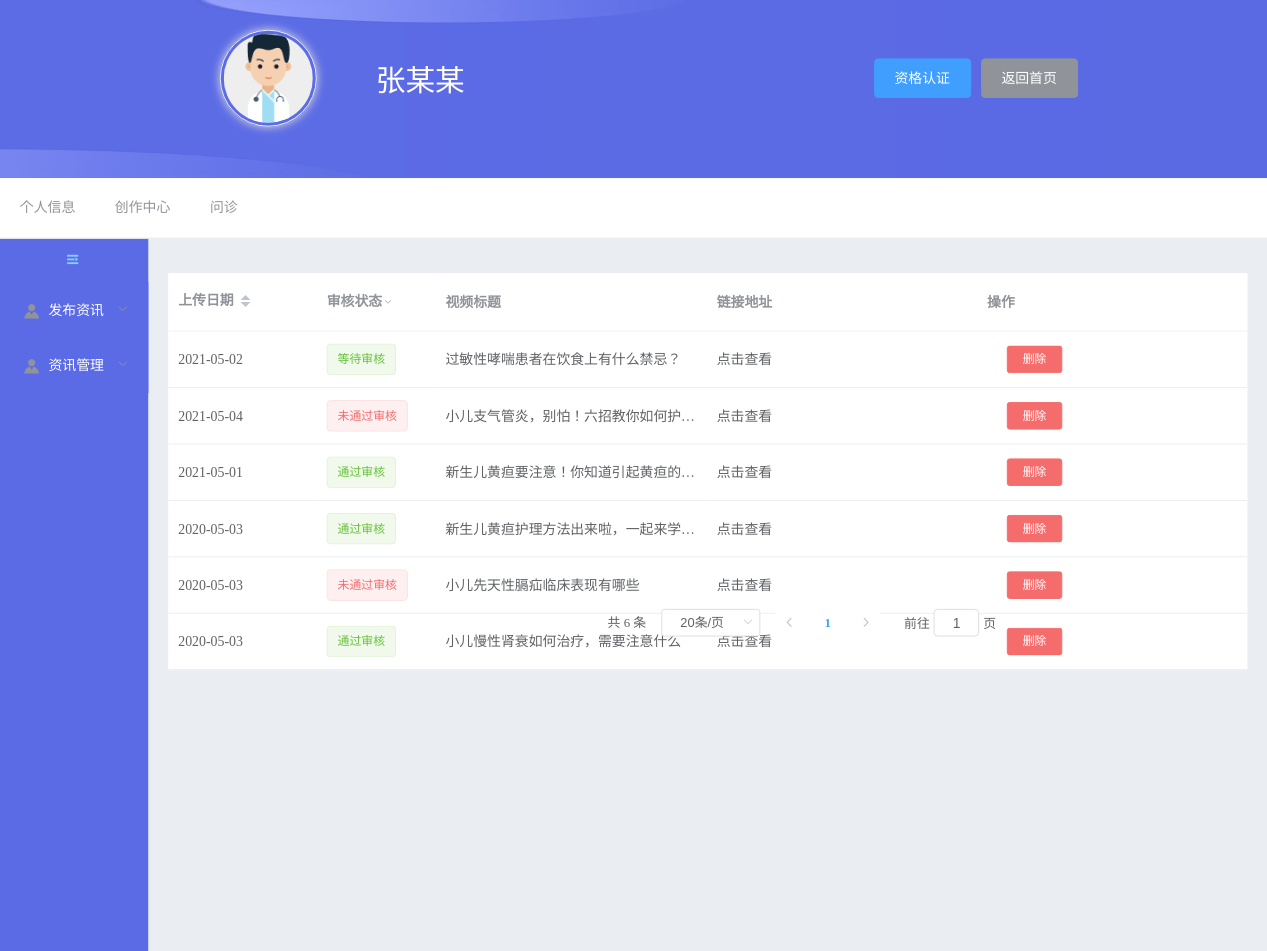
Repository: DiscreteL/SOA_Front
Page: /#/manageVideo
These files come from the project's save history. The page is drawn as it stood at one moment and after the next save; the edit follows.
The browser window is 1280 px wide. The pictures show the whole page, at 99% of full size.
The project was rebuilt for these pictures with package versions that can differ from the ones it lists, and the page was loaded fresh each time. Also part of the build but not shown: vue.config.js, src/components/navigation.vue, src/components/dialog.vue, src/views/news.vue, src/components/announcement.vue, src/components/patientKnow.vue, src/views/Home.vue, src/views/login.vue and 15 more.

Above is the page before, as saved 2021-11-29 16:07:49.

### src/main.js
import Vue from 'vue'
import App from './App.vue'
import router from './router'
import store from './store'
import ElementUI from 'element-ui';
import 'element-ui/lib/theme-chalk/index.css';
import instance_ from "@/utils/api";

Vue.use(ElementUI);

Vue.config.productionTip = false

Vue.prototype.instance = instance_

new Vue({
  router,
  store,
  render: h => h(App)
}).$mount('#app')

router.beforeEach((to, from, next) => {
  /* 路由发生变化修改页面title */
  if (to.meta.title) {
      document.title = to.meta.title
  }
  next()
})

### src/App.vue
<template>
  <div id="app">
    <router-view/>
  </div>
</template>

<style lang="less" scoped>
</style>

<script>
export default {
  name: 'app'
}
</script>

### src/utils/api.js
//输出通用axios实例
import axios from 'axios';
axios.defaults.withCredentials = false

const instance = axios.create({
  timeout: 10000,
   headers: {
    'Content-Type': "multipart/form-data;charset=utf-8",
  }
});

export default {
  //GqvbYer04485869e6b5acbed4ed10dfd79468f6d84577b1

   diseaseList (data) {
     return instance.get("https://api.apishop.net/common/disease/queryDiseaseList?apiKey=GqvbYer04485869e6b5acbed4ed10dfd79468f6d84577b1&page=1&pageSize=50", data);
   },
   diseaseInfo(data){
    return instance.get("https://api.apishop.net/common/disease/queryDiseaseInfo?apiKey=GqvbYer04485869e6b5acbed4ed10dfd79468f6d84577b1&diseaseID="+data);
   }


//   allUser () {
//     return instance.post('/api/user');
//   },
//   allProduct () {
//    return instance.post('/api/product')
//   },
//   upload (data) {
//     return instance.post('/api/upload',data)
//   },
//   regist (data){
//   	return instance.post('/api/createOrUpdateUser',data)
//   }
};

### src/views/doctor/messageCenter.vue
<template>
  <div class="home_container">
    <UserHomeNav2></UserHomeNav2>
    <!--页面主体区-->
    <el-container>
      <!--侧边栏-->
      <el-aside :width="isCollapse ? '64px' : '150px'">
        <div class="toggle-button" @click="toggleCollapse">
          <div v-if="this.isCollapse == true">
            <i class="el-icon-s-fold"></i>
          </div>
          <div v-else>
            <i class="el-icon-s-unfold"></i>
          </div>
        </div>
        <el-menu
          background-color="#5b6be5"
          text-color="#fff"
          active-text-color="#409EFF"
          :collapse="isCollapse"
          :collapse-transition="false"
          :router="true"
          :default-active="activePath"
        >
          <!-- :unique-opened="true"->只允许展开一个菜单 -->
          <!-- :collapse-transition="false" -> 关闭动画 -->
          <!-- router -> 导航开启路由模式 -->
          <el-submenu index="1">
          <!-- 一级菜单模板 -->
          <template slot="title">
            <i class="el-icon-s-custom"></i>
            <span>发布资讯</span>
          </template>
            <el-menu-item index="/uploadArticle" @click="saveNavState('/uploadArticle')">
              <i class="el-icon-date" style="color: #dcdcdc"></i>
              <span slot="title">发布文章</span>
            </el-menu-item>
            <el-menu-item index="/uploadVideo" @click="saveNavState('/uploadVideo')">
              <i class="el-icon-date" style="color: #dcdcdc"></i>
            <span slot="title">上传视频</span>
            </el-menu-item>
          </el-submenu>
          <el-submenu index="2">
          <!-- 一级菜单模板 -->
          <template slot="title">
            <i class="el-icon-s-custom"></i>
            <span>资讯管理</span>
          </template>
            <el-menu-item index="/manageArticle" @click="saveNavState('/manageArticle')">
              <i class="el-icon-date" style="color: #dcdcdc"></i>
              <span slot="title">文章管理</span>
            </el-menu-item>
            <el-menu-item index="/manageVideo" @click="saveNavState('/manageVideo')">
              <i class="el-icon-date" style="color: #dcdcdc"></i>
            <span slot="title">视频管理</span>
            </el-menu-item>
          </el-submenu>
        </el-menu>
      </el-aside>
      <!--右侧主体区-->
      <el-main>
        <router-view></router-view>
      </el-main>
    </el-container>
  </div>
</template>

<script>
import UserHomeNav2 from "@/components/userhomenav2.vue";

export default {
  name: "messageCenter",
  components: {
    UserHomeNav2,
  },
  data() {
    return {
      // 默认不折叠
      isCollapse: false,
      // 被激活导航地址
      activePath: "",
    };
  },
  created() {
    this.activePath = window.sessionStorage.getItem("activePath");
  },
  methods: {
    toggleCollapse() {
      this.isCollapse = !this.isCollapse;
    },
    saveNavState(activePath) {
      window.sessionStorage.setItem("activePath", activePath);
      this.activePath = activePath;
    },
  },
};
</script>

<style lang="less" scoped>
html,
body {
  width: 100%;
  height: 100%;
  margin: 0px;
  padding: 0px;
}
.home_container{
    height: 100vh;
}
.el-container{
    height: 100%;
}
.el-aside {
  background-color: #5b6be5;
  .el-menu {
    border-right: none;
  }
}
.el-main {
  background-color: #eaedf1;
}
.toggle-button {
  background-color: #5b6be5;
  font-size: 15px;
  line-height: 24px;
  color: #87cefa;
  text-align: center;
  letter-spacing: 0.2em;
  cursor: pointer;
  padding: 10px;
}
.logo_box {
  height: 60px;
  width: 60px;
  border: 5px #53868b;
  border-radius: 50%; /* 圆角 */
  position: relative;
  margin: 30px;
}
.port_box img {
  width: 100%;
  height: 100%;
  border-radius: 50%; /* 圆角 */
  background-color: #53868b;
}
</style>

### src/views/doctor/message/manageVideo.vue
<template>
  <div class="videoForm">
    <div class="form" style="margin-top: 15px">
      <el-table
        ref="filterTable"
        :data="
          tableData.slice((currentPage - 1) * pageSize, currentPage * pageSize)
        "
        style="width: 100%"
      >
        <el-table-column
          prop="date"
          label="上传日期"
          sortable
          width="150"
          column-key="date"
        >
        </el-table-column>
        <el-table-column
          prop="status"
          label="审核状态"
          width="120"
          :filters="[
            { text: '等待审核', value: '等待审核' },
            { text: '通过审核', value: '通过审核' },
            { text: '未通过审核', value: '未通过审核' },
          ]"
          :filter-method="filterStatus"
          filter-placement="bottom-end"
        >
          <template slot-scope="scope">
            <el-tag
              :type="scope.row.status === '未通过审核' ? 'danger' : 'success'"
              disable-transitions
            >
              {{ scope.row.status }}
            </el-tag>
          </template>
        </el-table-column>
        <el-table-column
          prop="title"
          label="视频标题"
          :show-overflow-tooltip="true"
        >
        </el-table-column>
        <el-table-column
          label="链接地址"
          :show-overflow-tooltip="true"
        >
        <el-link prop="content">点击查看</el-link>
        </el-table-column>
        <el-table-column label="操作">
          <el-button
            size="mini"
            type="danger"
            style="margin-left: 20px"
            @click="del"
            >删除</el-button
          >
        </el-table-column>
      </el-table>
    </div>
    <div class="block">
      <el-pagination
        align="center"
        @size-change="handleSizeChange"
        @current-change="handleCurrentChange"
        :current-page="currentPage"
        :page-sizes="[1, 5, 10, 20]"
        :page-size="pageSize"
        layout="total, sizes, prev, pager, next, jumper"
        :total="tableData.length"
      >
      </el-pagination>
    </div>
  </div>
</template>

<script>
export default {
  data() {
    return {
      tableData: [
        {
          date: "2021-05-02",
          status: "等待审核",
          title: "过敏性哮喘患者在饮食上有什么禁忌？",
          content: "https://element.eleme.io"
        },
        {
          date: "2021-05-04",
          status: "未通过审核",
          title: "小儿支气管炎，别怕！六招教你如何护理！",
          content:
            "如果家里的宝宝得了小儿支气管炎，牵动着各位爸爸妈心，家长朋友往往比患儿还要着急，看着孩子难受，内心也是备受煎熬，那各位宝爸宝妈们，你们知道如何护理吗？知道如何给宝宝做膳食吗？我们一起来学学吧。",
        },
        {
          date: "2021-05-01",
          status: "通过审核",
          title: "新生儿黄疸要注意！你知道引起黄疸的真正原因吗？",
          content:
            "本病是一种少见的先天性畸形，黄疸乃因胚胎发育异常造成的胆道闭锁或狭窄，胆汁不能排泄或排泄不畅所致。黄疸的特点是出生不久即发生，呈进行性加重，全身皮肤深桔黄色，尿布被尿液染黄后用清水常冲洗不掉。此病预后恶劣，应早期手术",
        },
        {
          date: "2020-05-03",
          status: "通过审核",
          title: "新生儿黄疸护理方法出来啦，一起来学学吧",
          content:
            "本病病源是细胞巨病毒，由无症状的带病毒孕妇通过胎盘感染胎儿。新生儿在出生一个月内出现黄疸、精神不振、咳嗽、肝脾肿大、消化不良和生长停滞等，应考虑是本病。",
        },
        {
          date: "2020-05-03",
          status: "未通过审核",
          title: "小儿先天性膈疝临床表现有哪些",
          content: "小儿先天性膈疝的临床表现主要以呼吸道症状为主，新生儿、婴幼儿和儿童的临床表现各异。",
        },
        {
          date: "2020-05-03",
          status: "通过审核",
          title: "小儿慢性肾衰如何治疗，需要注意什么",
          content:
            "患小儿慢性肾衰的原因与第1次检出肾衰时的患儿年龄密切相关。5岁以下的慢性肾衰常是解剖异常的结果，如肾发育不全、肾发育异常、尿路梗阻以及其他先天畸形；5岁以后的慢性肾衰则以后天性肾小球疾病如小球肾炎、溶血性尿毒综合征或遗传性病变，如Alport综合征、肾囊性病变为主。",
        },
      ],
      dialogTableVisible: false,
      dialogFormVisible: false,
      currentPage: 1, // 当前页码
      total: 20, // 总条数
      pageSize: 20, // 每页的数据条数
      form: {
        reason: "",
        region: 0,
        delivery: false,
      },
      formLabelWidth: "120px",
      formArticle: {
        title: "",
        content: ""
      },
    };
  },
  methods: {
    filterHandler(value, row, column) {
      const property = column["property"];
      return row[property] === value;
    },
    filterStatus(value, row) {
      return row.status === value;
    },
    //每页条数改变时触发 选择一页显示多少行
    handleSizeChange(val) {
      console.log(`每页 ${val} 条`);
      this.currentPage = 1;
      this.pageSize = val;
    },
    //当前页改变时触发 跳转其他页
    handleCurrentChange(val) {
      console.log(`当前页: ${val}`);
      this.currentPage = val;
    },
    del() {
      this.$confirm("此操作将永久删除该文章, 是否继续?", "提示", {
        confirmButtonText: "确定",
        cancelButtonText: "取消",
        type: "warning",
      })
        .then(() => {
          this.$message({
            type: "success",
            message: "删除成功!",
          });
        })
        .catch(() => {
          this.$message({
            type: "info",
            message: "已取消删除",
          });
        });
    },
    onSubmit() {
      console.log("submit!");
    },
    clear() {
      this.$refs.form.resetFields();
    },
  },
};
</script>

<style scoped>
.videoForm {
  width: 100%;
  display: flex;
  flex-direction: column;
}
.form {
  float: left;
  width: 100%;
}
.el-table .warning-row {
  background: oldlace;
}

.el-table .success-row {
  background: #f0f9eb;
}
.block {
  float: left;
  width: 100%;
  position: fixed;
  bottom: 75px;
}
</style>

### src/components/userhomenav2.vue
<template>
  <div class="container">
    <div class="head">
      <div class="background">
        <img src="@/assets/back.jpg" alt="" width="100%" height="100%" />
      </div>
      <div class="headmain">
        <div class="left">
          <!-- 头像部分 -->
          <div class="port_box">
            <img src="../assets/docPort.png" />
          </div>

          <!-- 个人信息部分 -->
          <div
            class="Info"
            style="color: white; font-size: 30px; font-family: 宋体"
          >
            {{ userName }}<br />
          </div>
        </div>
        <div>
            <el-button type="primary" @click="certify">资格认证</el-button>
          <el-button type="info" @click="returnhome">返回首页</el-button>
        </div>
      </div>
    </div>
    <div class="navBar">
      <el-menu
        :default-active="this.$route.path"
        class="el-menu-demo"
        router
        mode="horizontal"
        active-text-color="#409EFF"
      >
        <el-menu-item v-for="(item, i) in navList" :key="i" :index="item.name">
          {{ item.navItem }}
        </el-menu-item>
      </el-menu>
    </div>
    <div></div>
  </div>
</template>

<script>
export default {
  name: "UserHomeNav2",
  data() {
    return {
      //   userID: window.sessionStorage.getItem("id"),
      userName: "张某某",
      navList: [
        { name: "/userHome2", navItem: "个人信息" },
        { name: "/messageCenter", navItem: "创作中心" },
        { name: "/consult", navItem: "问诊" },
        // { name: "/help", navItem: "帮助中心" },
      ],
    };
  },
  methods: {
    returnhome(){
      this.$router.push("/home");
    },
    certify(){

    }
  },
};
</script>

<style scoped>
.head {
  height: 180px;
  width: 100%;
}
.background {
  width: 100%;
  height: 180px;
  z-index: -1;
  position: absolute;
}
.headmain {
  display: flex;
  justify-content: space-around;
  align-items: center;

}
.left {
  display: flex;
  align-items: center;
}
.port_box {
  height: 90px;
  width: 90px;
  border: 1px solid #eee;
  border-radius: 50%; /* 圆角 */
  padding: 3px; /*图片和边框之间的间距 */
  box-shadow: 0 0 10px #ddd; /*阴影 */
  position: relative;
  margin: 30px;
}
.port_box img {
  width: 100%;
  height: 100%;
  border-radius: 50%; /* 圆角 */
  background-color: #eee;
}

.Info {
  text-align: left;
  font: 15px "Microsoft YaHei";
  margin: 30px;
  position: relative;
}
</style>

### src/axios/url.js
import patient from './modules/patient';
import alluser from './modules/alluser';
import doctor from './modules/doctor';
import admin from './modules/admin';
export default {
    patient,
    alluser,
    doctor,
    admin,
};

### src/axios/request.js
import axios from './axios';
export default {
  // get请求
  get(url, param) {
    return new Promise((resolve, reject) => {
      axios({
        method: 'get',
        url,
        params: param
      })
        .then((res = {}) => {
          if (res.code !== '200') reject(res);
          resolve(res);
        })
        .catch(_ => {
          reject(_)});
    });
  },
  // post请求
  post(url, param) {
    return new Promise((resolve, reject) => {
      axios({
        method: 'post',
        url,
        data: param,
      })
        .then((res = {}) => {
          if (res.code !== '200') reject(res);
          resolve(res);
        })
        .catch(_ => reject(_));
    });
  },
};

### src/axios/modules/patient.js
export default {
    getDocListData:'/Patient/GetDoctorList',
    getDrugData:'/Patient/GetDrugInforList',
    getHosData:'/Patient/GetHospitalList',
    getNoticeData:'/Patient/GetNoticeList',
    getDiseaseData:'/Patient/GetDiseaseList',
    patientLogin:'/Patient/Login',
    doctorLogin:'/Doctor/Login',
    patientRegister:'/Patient/Register',
    doctorRegister:'/Doctor/Register',
    postReservationData:'/Patient/PostReservation',
    sendAcidForm:'/Patient/PostAppOfNuc',
    sendOffineReservation:'/Patient/PostOfflineApp',
    getCart:'/Patient/GetCart',
    clearCart:'/Patient/EmptyCart',
    addCart:'/Patient/AddDrug',
    getDocInfoData:'/Patient/GetDoctor',
    getDrugsIncludedListData:'/Patient/GetIncludeList',
    postRateData:'/Patient/PostRating',
    getPreData:'/Patient/GetPre',
    getDiseaseListData:'/Patient/GetDiseaseList',//存在重复
    getDepartmentListData:'/Patient/GetDepartmentList',//存在重复
    getPatientInfo:'/Patient/GetPatiInfor',
    postAutoAddData:'/Patient/AutoAddDrug',
    getDrugListData:'/Patient/GetDrugInforList',//存在重复
    getLocalImg:'/Patient/GetImg',
    getNAT:'/Patient/GetAppsOfNuc',
    postNoticeData:'/Admin/PostNotice',
    deleteNotice:'/Admin/DeleteNotice',
    getPaiIno:'/Patient/GetPatient',
    getOfflineApp:'/Patient/GetOfflineAppList',
    getReservations:'/Patient/GetReservations',
    getPatiBMI:'/Patient/GetPatiInfor',
    getHospital:'/Patient/GetHospital',
    getPreData:'/Patient/GetPre',
    postPaiIno:'/Patient/ModInfor',
    postUpdateReservation:'Patient/UpdateReservation',
    postRectifyOfflineApp:'/Patient/RectifyOfflineApp',
    postRectifyNucleicApp:'/Patient/RectifyNucleicApp',
    updateReservationData:'/Patient/UpdateReservation',
    getDoctorData:'/Doctor/GetDoctor',
    getRecordsData:'/Doctor/GetReservationLists',
    getCompletedRecordsData:'/Doctor/GetRecords'
  };

### src/axios/modules/alluser.js
export default{
    sendChatMes:'/Base/PostChat',
    getChatMes:'/Base/GetChat'
};

### src/axios/modules/doctor.js
export default {
    getPatientInfoData:'/Doctor/GetPatient',
    postPreData:'/Doctor/PostPre',
    postMedicineIncludedData:'/Doctor/PostInclude',
    postReportData:'/Doctor/PostReport',
    getDocIno:'/Doctor/GetDoctor',
};

### src/axios/modules/admin.js
export default {
    getReportListData:'/Admin/GetReportForms',
    getNoticeListData:'/Admin/GetNoticeList',
    postNoticeData:'/Admin/PostNotice'
}

### src/axios/axios.js
import axios from 'axios';
import router from '../router';
import Vue from 'vue';
import qs from 'qs';
//import store from '../store/index';

//import Storage from '../utils/storages';


// 错误状态码处理提示
class MessageTip extends Vue {
  static messageTipInstance = null;
  messageTip = null;

  static instance() {
    if (!this.messageTipInstance) {
      this.messageTipInstance = new MessageTip();
    }
    this.messageTipInstance;
  }

  // 提示信息
  msgInfo(msg) {
    this.messageTip && this.messageTip.close();
    this.messageTip = this.$message({
      showClose: true,
      message: msg,
      type: 'error',
      center: true
    });
  }

  // 错误信息
  errorInfo(errorCode) {
    this.messageTip && this.messageTip.close();
    let msg = '';
    switch (errorCode) {
      case '400':
        msg = '请求错误';
        break;
      case '401':
        msg = '登录会话过期，请重新登录';
        break;
      case '403':
        msg = '拒绝访问';
        break;
      case '404':
        msg = '请求地址出错';
        break;
      case '408':
        msg = '请求超时';
        break;
      case '500':
        msg = '服务器内部错误';
        break;
      case '501':
        msg = '服务器未实现';
        break;
      case '502':
        msg = '网络错误';
        break;
      case '503':
        msg = '服务不可用';
        break;
      case '504':
        msg = '网关超时';
        break;
      case '505':
        msg = 'HTTP版本不受支持';
        break;
    }
    this.messageTip = this.$message({
      showClose: true,
      message: msg,
      type: 'error',
      center: true
    });
  }
}

const messageTip = new MessageTip();

axios.defaults.headers.post['Content-Type'] = 'application/json';

axios.defaults.withCredentials = true;
axios.defaults.baseURL = '/api';
axios.defaults.timeout = 5000;
// 请求拦截器
axios.interceptors.request.use(
  config => {
    if(config.method === 'post') {
      config.data = qs.stringify(config.data)
      config.url += '?' + config.data
    }
    else {
      config.params = qs.stringify(config.params)
      config.url += '?' + config.params
    }
    //config.headers.token = localStorage.getItem('$token_info');
    return config;
  },
  error => {
    return Promise.reject(error);
  }
);

// 响应拦截器
axios.interceptors.response.use(
  response => {
    response.data = {
      result:response.data,
      code:`${response.status}`
    }
    if (response && response.data && response.data.code !== '200') {
      response.data.msg && messageTip.msgInfo(response.data.msg);
      console.log(response)
      return Promise.reject(response.data);
    }
    return response.data;
  },
  error => {
    console.log(error)
    console.log(error.response)
    if (
      error &&
      error.response &&
      error.response.status &&
      messageTip.errorInfo(error.response.status)
    ) {
      return Promise.reject(error);
    }
  }
);
export default axios;

Loaded but not shown: public/index.html (common file); src/store/index.js (common file); src/router/index.js (235 lines, source omitted); src/service/userService.js (198 lines, source omitted)

After the next save:
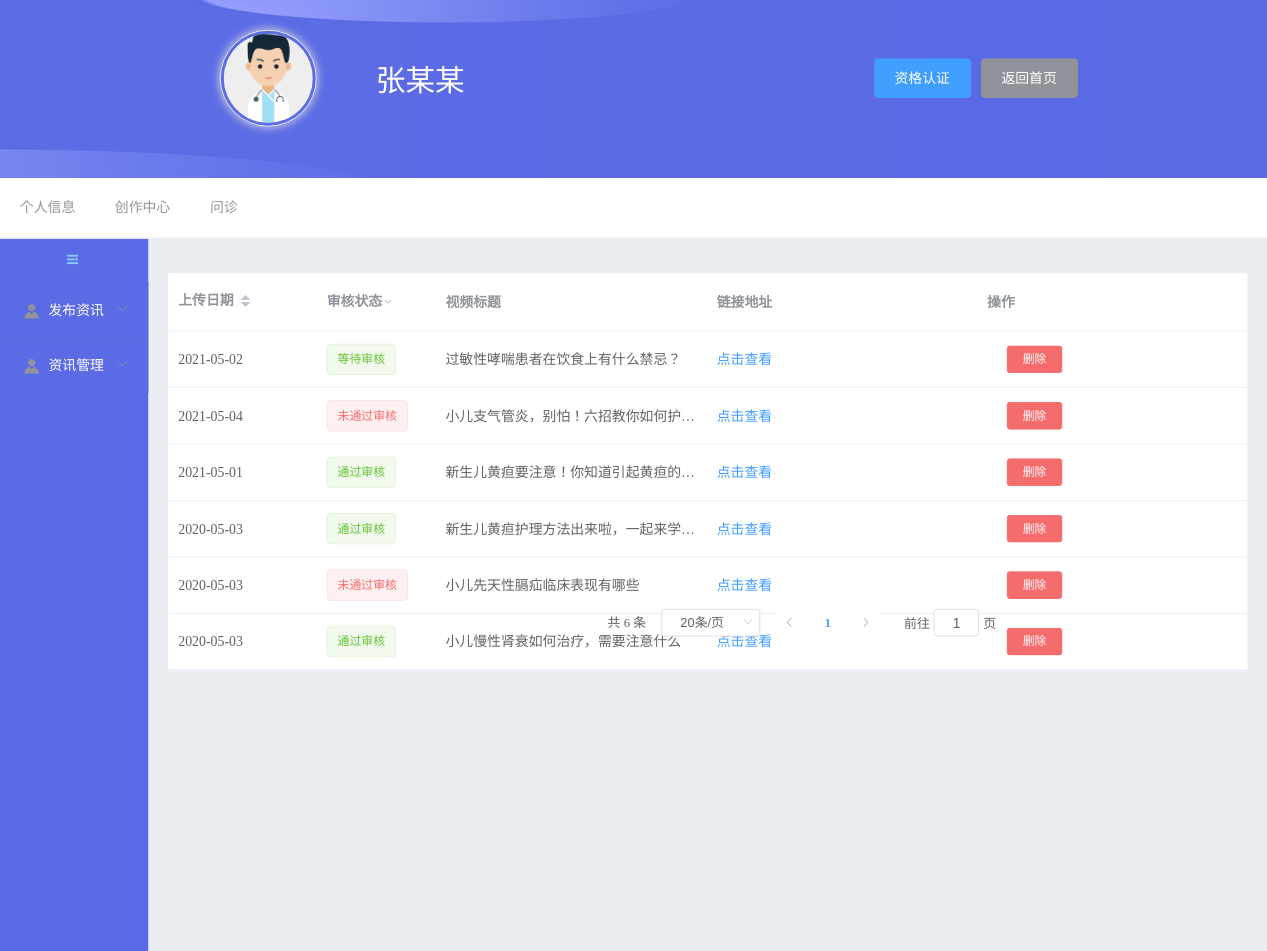
Saved 82 s later.
--- a/src/views/doctor/message/manageVideo.vue
+++ b/src/views/doctor/message/manageVideo.vue
@@ -46,8 +46,9 @@
         <el-table-column
           label="链接地址"
           :show-overflow-tooltip="true"
-        >
-        <el-link prop="content">点击查看</el-link>
+          prop="content"
+        >
+        <el-link type="primary">点击查看</el-link>
         </el-table-column>
         <el-table-column label="操作">
           <el-button
